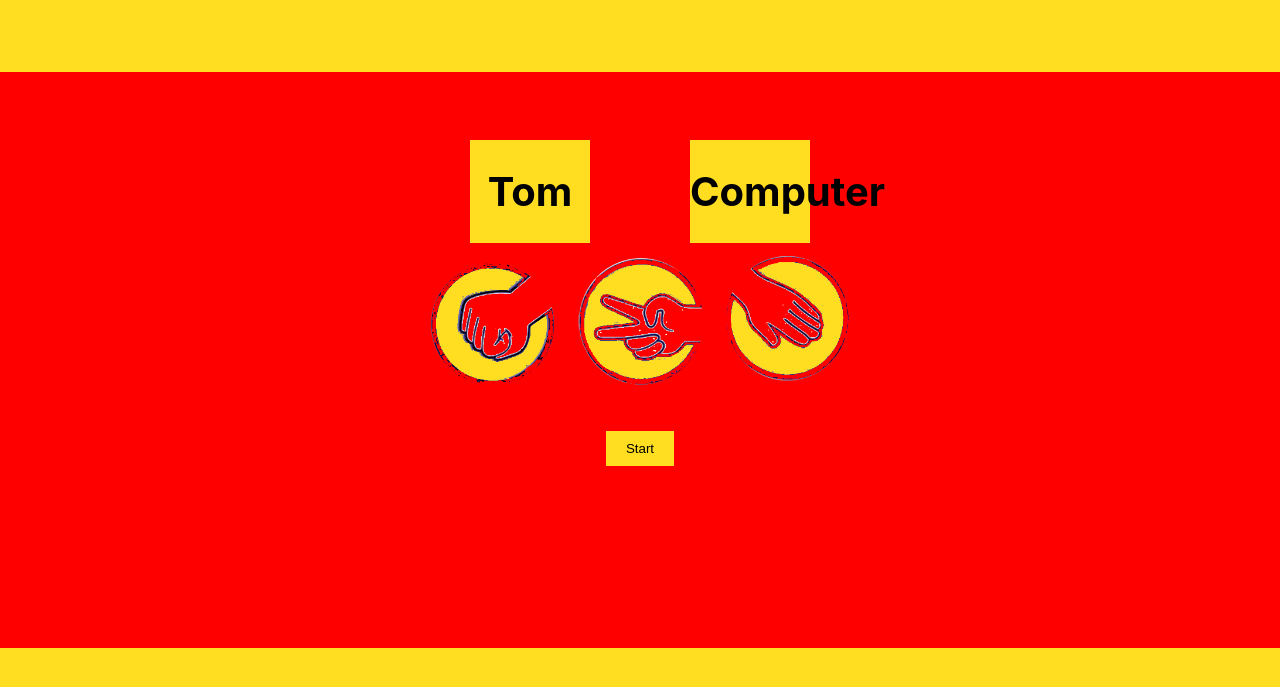
Repository: K009/Rock-Paper-Scissors
Page: /
The author's editor kept a copy of each file at every save. The page is drawn from the files as they stood at one save, then again after the next save.
The browser window is 1280 px wide. The pictures show the whole page.
The project was rebuilt for these pictures with package versions that can differ from the ones it lists, and the page was loaded fresh each time.

Above is the page before, as saved 2020-05-13 10:58:06.

After the next save:
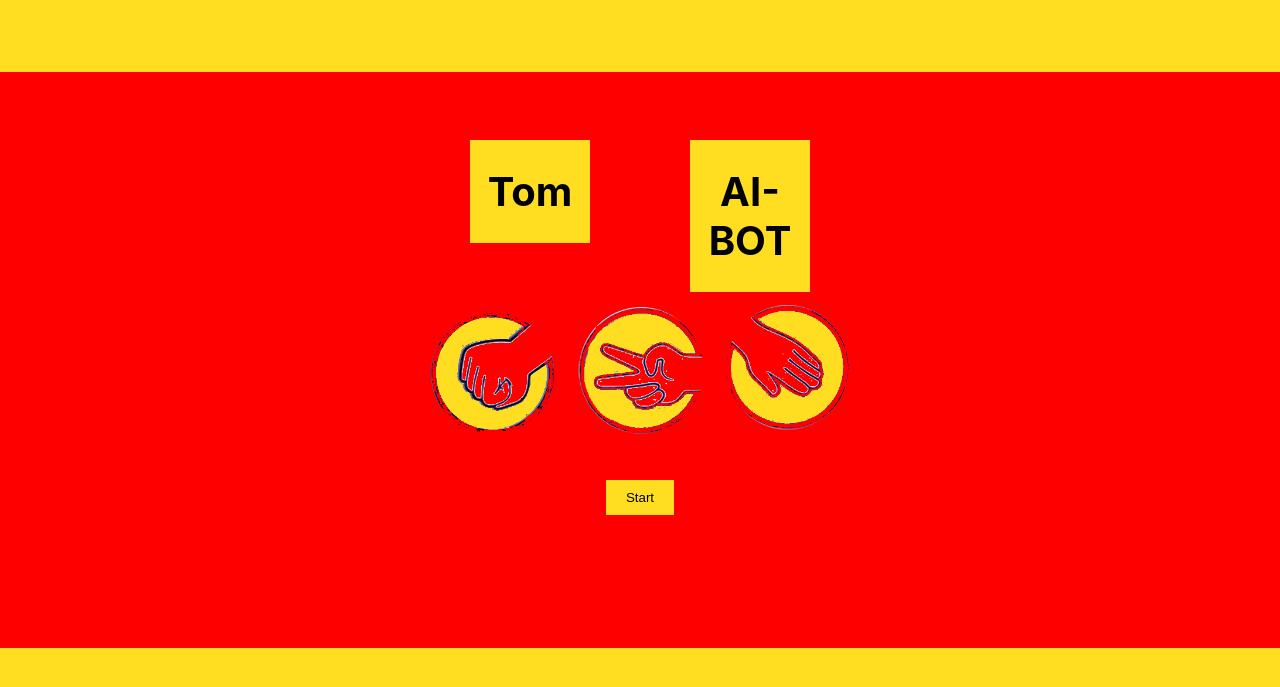
Saved 15 s later.
--- a/src/App.js
+++ b/src/App.js
@@ -77,7 +77,7 @@ class App extends Component {
           <div className="Players">
             <Player playerName="Tom" weapon={playerOne} />
             <div className="break"> </div>
-            <Player playerName="Computer" weapon={playerTwo} />
+            <Player playerName="AI-BOT" weapon={playerTwo} />
           </div>
           <div className="images">
             <img
